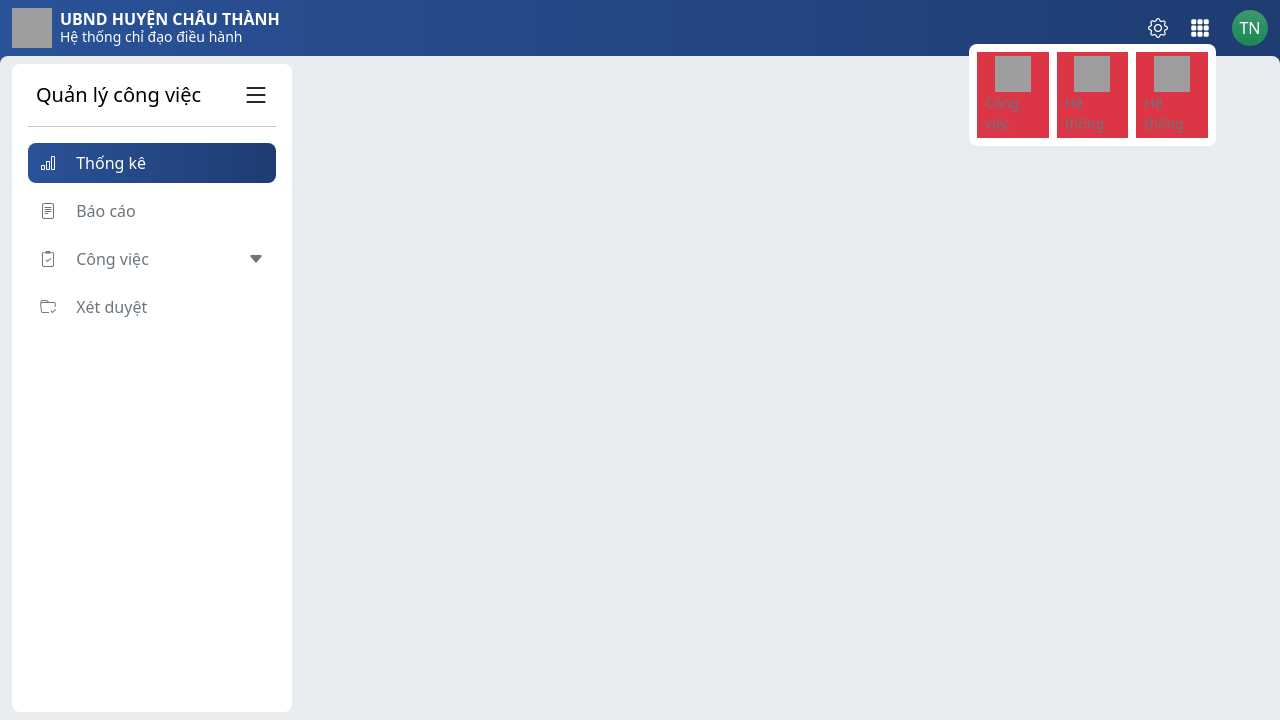
Repository: mys-pro/DATT-HeThongChiDaoDieuHanh
Page: index.html
The author's editor kept a copy of each file at every save. The page is drawn from the files as they stood at one save, then again after the next save.
The browser window is 1280 px wide. The pictures show the whole page.
Pictures or frames that could not be fetched are drawn as grey boxes.

Above is the page before, as saved 2024-04-21 15:18:38.

After the next save:
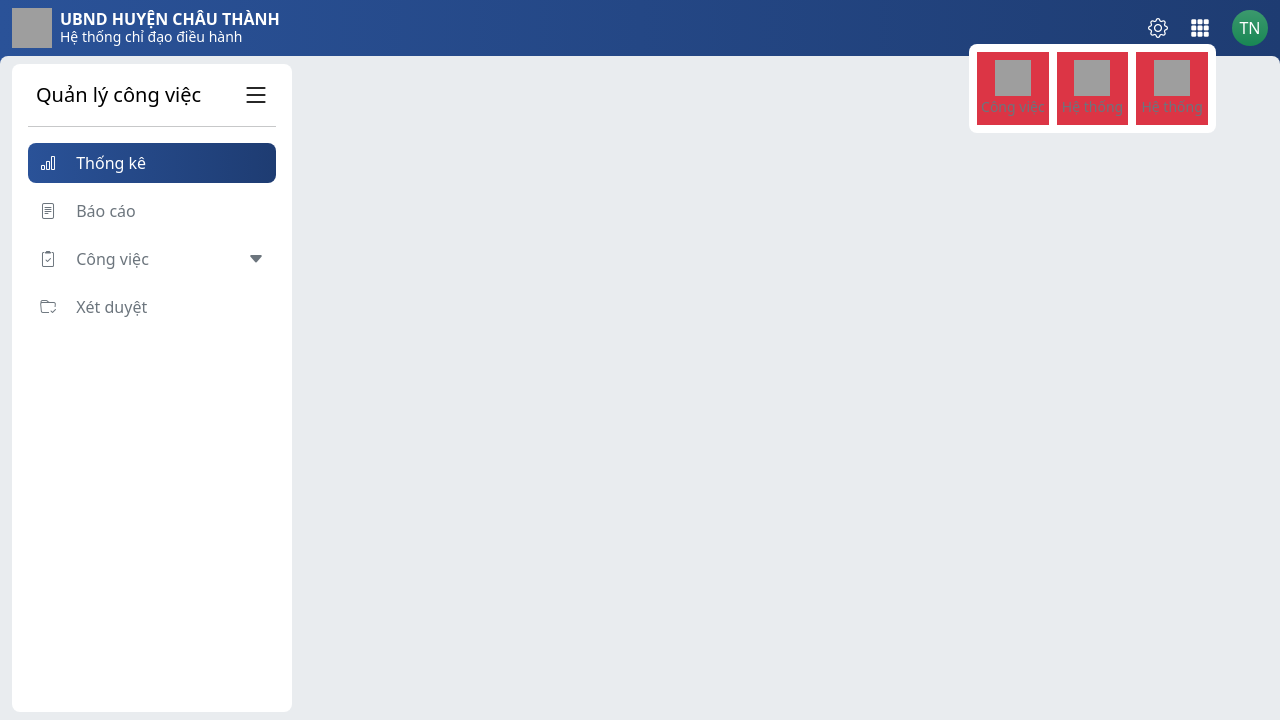
Saved 28 s later.
--- a/index.html
+++ b/index.html
@@ -41,19 +41,19 @@
                             <div class="list-apps bg-white rounded-3 position-absolute p-2">
                                 <div class="row row-cols-3 g-2">
                                     <div class="col">
-                                        <a href="#" class="text-decoration-none text-secondary d-flex flex-column align-items-center bg-danger px-2 py-1">
+                                        <a href="#" class="text-decoration-none text-secondary d-flex flex-column align-items-center bg-danger px-1 py-2">
                                             <img src="./Assets/Image/task-icon.png" alt="" width="36px" height="36px">
                                             Công việc
                                         </a>
                                     </div>
                                     <div class="col">
-                                        <a href="#" class="text-decoration-none text-secondary d-flex flex-column align-items-center bg-danger px-2 py-1">
+                                        <a href="#" class="text-decoration-none text-secondary d-flex flex-column align-items-center bg-danger px-1 py-2">
                                             <img src="./Assets/Image/admin-icon.png" alt="" width="36px" height="36px">
                                             Hệ thống
                                         </a>
                                     </div>
                                     <div class="col">
-                                        <a href="#" class="text-decoration-none text-secondary d-flex flex-column align-items-center bg-danger px-2 py-1">
+                                        <a href="#" class="text-decoration-none text-secondary d-flex flex-column align-items-center bg-danger px-1 py-2">
                                             <img src="./Assets/Image/admin-icon.png" alt="" width="36px" height="36px">
                                             Hệ thống
                                         </a>
